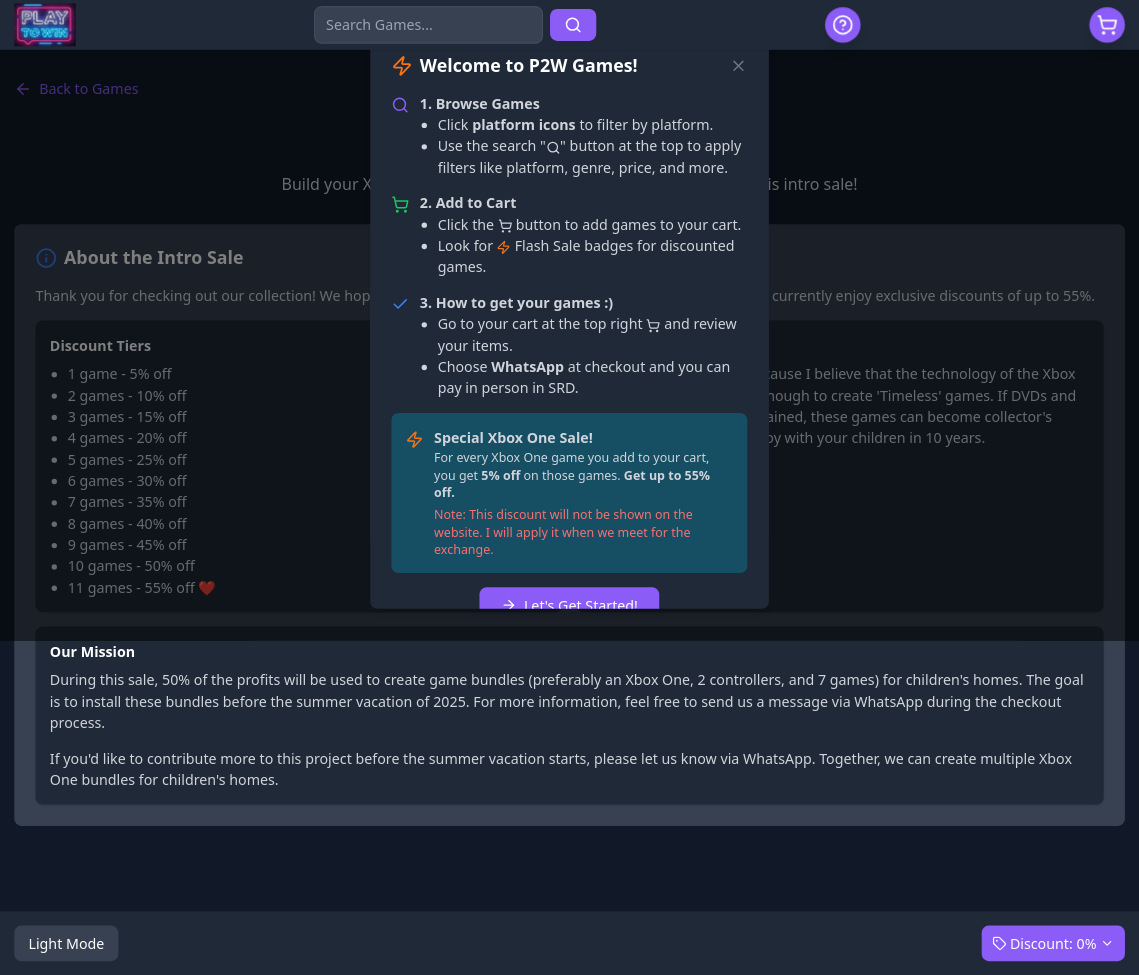
Repository: Play2Win777/P2W-Superbase
Page: /intro-sale
An editor plug-in stored every save of this project. The page is shown before and after the next save, followed by the edit.
The browser window is 1280 px wide. The pictures show the whole page, at 89% of full size.
The page's requests for data from a server got no answer. The project was rebuilt for these pictures with package versions that can differ from the ones it lists, and the page was loaded fresh each time. No one was signed in, and anything a server would have sent is missing. Also part of the build but not shown: vite.config.ts, src/components/Filters.tsx, src/components/GameCard.tsx, src/components/FlashSaleBadge.tsx, src/pages/GameDetails.tsx, src/pages/Checkout.tsx, src/pages/FlashSalePage.tsx, src/components/Toast.tsx.

Above is the page before, as saved 2025-03-22 11:36:01.

### index.html
<!doctype html>
<html lang="en">
  <head>
    <meta charset="UTF-8" />
    <link rel="icon" type="image/svg+xml" href="/vite.svg" />
    <meta name="viewport" content="width=device-width, initial-scale=1.0" />
    <title>P2W Games</title>
  </head>
  <body>
    <div id="root"></div>
    <script type="module" src="/src/main.tsx"></script>
  </body>
</html>

### src/main.tsx
import { StrictMode } from 'react';
import { createRoot } from 'react-dom/client';
import App from './App.tsx';
import './index.css';

// Add Storylane script dynamically
//const script = document.createElement('script');
//script.src = 'https://js.storylane.io/js/v2/storylane.js';
//script.async = true;
//document.head.appendChild(script);

createRoot(document.getElementById('root')!).render(
  <StrictMode>
    <App />
  </StrictMode>
);

### src/index.css
@tailwind base;
@tailwind components;
@tailwind utilities;


@layer components {
 /* Base neon border effect with a rotating conic-gradient */
 .neon-border {
 position: relative;
 border-radius: 0.5rem; /* adjust to match your element's rounding */
 overflow: hidden; /* hide overflowing pseudo-element */
 z-index: 0;
 }

 .neon-border::before {
 content: "";
 position: absolute;
 inset: 0; /* cover the entire element */
 border-radius: inherit;
 padding: 2px; /* controls the border thickness */
 /* Conic-gradient creates a neon green effect with transparent gaps */
 background: conic-gradient(from 0deg, #39FF14, transparent 20%, transparent 80%, #39FF14);
 /* Mask to show the gradient only on the border (uses the padding area) */
 -webkit-mask: linear-gradient(white, white) content-box, linear-gradient(white, white);
 -webkit-mask-composite: destination-out;
 mask-composite: exclude;
 pointer-events: none;
 z-index: -1;
 transform-origin: center;
 animation: spin 6s linear infinite;
 }

 /* Additional neon effects – add these classes together with .neon-border as needed */

 /* Neon Pulse: gently scales and fades the element */
 .neon-pulse {
 position: relative;
 animation: pulse 2s ease-in-out infinite;
 }

 /* Neon Flicker: simulates a quick flicker */
 .neon-flicker {
 position: relative;
 animation: flicker 1.5s linear infinite;
 }

 /* Neon Wiggle: adds a slight rotational movement */
 .neon-wiggle {
 position: relative;
 animation: wiggle 0.6s ease-in-out infinite;
 }

 /* Neon Dash: animates background movement (can be combined with a background property) */
 .neon-dash {
 position: relative;
 /* For this effect, you might want to set a background that works with the animation */
 background: repeating-linear-gradient(
 45deg,
 #39FF14,
 #39FF14 10px,
 transparent 10px,
 transparent 20px
 );
 animation: dash 4s linear infinite;
 }


 /* Icon Container Style */
 .gamecard-icon-container {
 width: 5em; /* Adjust as needed */
 height: 2em; /* Adjust as needed */
 display: flex;
 align-items: center;
 justify-content: center;
 }
}


/* Keyframes Definitions */


/* Spin keyframe for the neon-border effect */
@keyframes spin {
 from {
 transform: rotate(0deg);
 }
 to {
 transform: rotate(360deg);
 }
}


/* Pulse keyframe: subtle scale and opacity changes */
@keyframes pulse {
 0%,
 20% {
 transform: scale(1);
 opacity: 1;
 }
 50% {
 transform: scale(1.1);
 opacity: 0.8;
 }
 100% {
 transform: scale(1);
 opacity: 1;
 }
}


/* Flicker keyframe: creates random opacity changes for a flickering effect */
@keyframes flicker {
 0%,
 100% {
 opacity: 1;
 }
 30% {
 opacity: 0.5;
 }
 50% {
 opacity: 0.8;
 }
 70% {
 opacity: 0.3;
 }
}


/* Wiggle keyframe: rotates the element slightly back and forth */
@keyframes wiggle {
 0% {
 transform: rotate(0deg);
 }
 25% {
 transform: rotate(5deg);
 }
 75% {
 transform: rotate(-5deg);
 }
 100% {
 transform: rotate(0deg);
 }
}


/* Dash keyframe: moves the background for a dynamic dashed look */
@keyframes dash {
 0% {
 background-position: 0 0;
 }
 100% {
 background-position: 100% 0;
 }
}


.fade-out {
    opacity: 0;
    transition: opacity 0.3s ease-in-out;
  }

### src/api.ts
import { createClient } from '@supabase/supabase-js';
import { Game } from './types';

const supabase = createClient(
  import.meta.env.VITE_SUPABASE_URL,
  import.meta.env.VITE_SUPABASE_KEY
);

export const fetchGames = async (): Promise<Game[]> => {
  const { data, error } = await supabase
    .from('Games')
    .select(`
      id,
      Game_Title,
      Platform,
      Genre,
      Sub_Genre,
      Age_Rating,
      Max_Offline_Players,
      Game_Modes,
      Developer,
      Release_Year,
      Price_to_Sell_For,
      Metacritic_Score,
      User_Score,
      Short_Description,
      Key_Features,
      Unique_Selling_Point,
      image_url_medium,
      Youtube_link
    `);

  if (error) {
    console.error('Supabase error:', error);
    return [];
  }

  return data as Game[];
};

### src/pages/IntroSalePage.tsx
// pages/IntroSalePage.tsx
import React, { useEffect, useState } from 'react';
import { Link, useLocation } from 'react-router-dom';
import { ArrowLeft, Zap, Loader, ShoppingCart, Check, Info } from 'lucide-react';
import { useStore } from '../store';
import { isIntroSaleEligible } from '../utils/gameHelpers';

export const IntroSalePage: React.FC = () => {
  const { games, fetchGames, addToCart } = useStore();
  const [isLoading, setIsLoading] = useState(true);
  const [clickedGames, setClickedGames] = useState<Set<string>>(new Set());
  const location = useLocation();

  useEffect(() => {
    window.scrollTo(0, 0);

    const loadGames = async () => {
      setIsLoading(true);
      await fetchGames();
      setIsLoading(false);
    };

    loadGames();
  }, [fetchGames]);

  // Filter games to only include Intro Sale eligible games (Xbox One)
  const introSaleGames = games.filter(game => isIntroSaleEligible(game));

  const handleAddToCart = (game: any) => {
    addToCart(game);
    setClickedGames(prev => {
      const newSet = new Set(prev);
      newSet.add(game.id);
      return newSet;
    });
    setTimeout(() => {
      setClickedGames(prev => {
        const newSet = new Set(prev);
        newSet.delete(game.id);
        return newSet;
      });
    }, 1000); // Reset after 1 second
  };

  return (
    <div className="container mx-auto px-4 py-8 bg-white dark:bg-gray-900">
      <Link
        to="/"
        className="inline-flex items-center text-purple-500 hover:text-purple-600 mb-6"
      >
        <ArrowLeft size={20} className="mr-2" />
        Back to Games
      </Link>

      <div className="mb-8 text-center">
        <h1 className="text-4xl font-bold text-gray-900 dark:text-white mb-4 flex items-center justify-center">
          <Zap size={28} className="mr-2 text-blue-500" />
          Intro Sale Games
        </h1>
        <p className="text-lg text-gray-700 dark:text-gray-300">
          Build your Xbox One collection and enjoy up to 55% off during this intro sale!
        </p>
      </div>

      {/* Intro Sale Details Section */}
      <div className="bg-gray-100 dark:bg-gray-700 p-6 rounded-lg mb-8">
        <div className="flex items-center gap-2 mb-4">
          <Info size={24} className="text-blue-500" />
          <h2 className="text-xl font-semibold text-gray-900 dark:text-white">
            About the Intro Sale
          </h2>
        </div>
        <p className="text-gray-700 dark:text-gray-300 mb-4">
          Thank you for checking out our collection! We hope you start your own collection with us.
          All Xbox One games currently enjoy exclusive discounts of up to 55%.
        </p>
        <div className="grid grid-cols-1 sm:grid-cols-2 gap-4 mb-4">
          <div className="bg-white dark:bg-gray-800 p-4 rounded-lg shadow">
            <h3 className="font-semibold text-gray-900 dark:text-white mb-2">Discount Tiers</h3>
            <ul className="list-disc pl-5 text-gray-700 dark:text-gray-300">
              <li>1 game - 5% off</li>
              <li>2 games - 10% off</li>
              <li>3 games - 15% off</li>
              <li>4 games - 20% off</li>
              <li>5 games - 25% off</li>
              <li>6 games - 30% off</li>
              <li>7 games - 35% off</li>
              <li>8 games - 40% off</li>
              <li>9 games - 45% off</li>
              <li>10 games - 50% off</li>
              <li>11 games - 55% off <span role="img" aria-label="heart">❤️</span></li>
            </ul>
          </div>
          <div className="bg-white dark:bg-gray-800 p-4 rounded-lg shadow">
            <h3 className="font-semibold text-gray-900 dark:text-white mb-2">Stewardship</h3>
            <p className="text-gray-700 dark:text-gray-300">
              I started this collection because I believe that the technology of the Xbox One and PS4 era is good enough to create 'Timeless' games.
              If DVDs and peripherals are well-maintained, these games can become collector's items that you can still enjoy with your children in 10 years.
            </p>
          </div>
        </div>
        <div className="bg-white dark:bg-gray-800 p-4 rounded-lg shadow">
          <h3 className="font-semibold text-gray-900 dark:text-white mb-2">Our Mission</h3>
          <p className="text-gray-700 dark:text-gray-300 mb-4">
            During this sale, 50% of the profits will be used to create game bundles (preferably an Xbox One, 2 controllers, and 7 games) for children's homes.
            The goal is to install these bundles before the summer vacation of 2025. For more information, feel free to send us a message via WhatsApp during the checkout process.
          </p>
          <p className="text-gray-700 dark:text-gray-300">
            If you'd like to contribute more to this project before the summer vacation starts, please let us know via WhatsApp.
            Together, we can create multiple Xbox One bundles for children's homes.
          </p>
        </div>
      </div>

      {isLoading ? (
        <div className="flex justify-center items-center py-20">
          <Loader size={40} className="animate-spin text-purple-500" />
        </div>
      ) : (
        <div className="grid grid-cols-2 sm:grid-cols-3 md:grid-cols-4 lg:grid-cols-5 gap-6">
          {introSaleGames.map(game => (
            <div key={game.id} className="bg-white dark:bg-gray-800 rounded-lg shadow hover:shadow-xl transition-shadow overflow-hidden flex flex-col h-full">
              <div className="relative flex-grow">
                <div className="absolute top-2 left-2 z-10">
                  <span className="inline-flex items-center bg-gradient-to-r from-blue-500 to-blue-700 text-white px-2 py-1 rounded-md text-xs font-semibold">
                    <Zap size={12} className="mr-1" />
                    Intro Sale
                  </span>
                </div>
                <Link to={`/game/${game.id}`} className="block h-full">
                  <div className="aspect-square w-full overflow-hidden">
                    <img
                      src={game.image_url_medium}
                      alt={game.Game_Title}
                      className="w-full h-full object-cover"
                    />
                  </div>
                </Link>
              </div>
              <div className="p-4">
                <Link
                  to={`/game/${game.id}`}
                  className="text-lg font-semibold text-gray-900 dark:text-white hover:text-purple-500 dark:hover:text-purple-400 truncate block"
                >
                  {game.Game_Title}
                </Link>
                <div className="flex justify-between items-center mt-4">
                  <span className="text-lg font-bold text-gray-900 dark:text-white">
                    ${game.Price_to_Sell_For}
                  </span>
                  <button
                    onClick={() => handleAddToCart(game)}
                    className={`p-2 bg-purple-500 text-white rounded-full hover:bg-purple-600 transition-colors ${clickedGames.has(game.id) ? 'bg-green-600 cursor-not-allowed' : ''}`}
                    disabled={clickedGames.has(game.id)}
                  >
                    {clickedGames.has(game.id) ? <Check size={18} /> : <ShoppingCart size={18} />}
                  </button>
                </div>
              </div>
            </div>
          ))}
        </div>
      )}
    </div>
  );
};

export default IntroSalePage;

### src/components/DiscountPopup.tsx
import React, { useState, useRef, useEffect } from 'react';
import { Tag, ChevronDown } from 'lucide-react';
import { useStore } from '../store';

export const DiscountPopup: React.FC = () => {
  const { cart } = useStore();
  const [isOpen, setIsOpen] = useState(false);
  const popupRef = useRef<HTMLDivElement>(null);

  // Count total items including quantities
  const itemCount = cart.reduce((total, item) => total + item.quantity, 0);
  let discountTier = "0%";
  let nextTier = "";
  let progress = 0;

  if (itemCount >= 5) {
    discountTier = "20%";
    progress = 100;
    nextTier = "Maximum discount achieved!";
  } else if (itemCount >= 3) {
    discountTier = "10%";
    nextTier = "Buy 2 more for 20% off!";
    progress = 60;
  } else if (itemCount >= 2) {
    discountTier = "5%";
    nextTier = "Buy 1 more for 10% off!";
    progress = 40;
  } else if (itemCount >= 1) {
    discountTier = "0%";
    nextTier = "Buy 1 more for 5% off!";
    progress = 20;
  } else {
    nextTier = "Buy your first game!";
  }

  // Close the popup when clicking outside
  useEffect(() => {
    const handleClickOutside = (event: MouseEvent) => {
      if (popupRef.current && !popupRef.current.contains(event.target as Node)) {
        setIsOpen(false);
      }
    };

    document.addEventListener('mousedown', handleClickOutside);
    return () => {
      document.removeEventListener('mousedown', handleClickOutside);
    };
  }, []);

  return (
    <div className="relative" ref={popupRef}>
      <button
        onClick={() => setIsOpen(!isOpen)}
        className="inline-flex items-center text-white bg-purple-500 hover:bg-purple-600 px-3 py-2 rounded-lg transition-colors"
      >
        <Tag size={16} className="mr-1" />
        <span className="mr-1">Discount: {discountTier}</span>
        <ChevronDown size={16} className={`transition-transform ${isOpen ? 'rotate-180' : ''}`} />
      </button>

      {isOpen && (
        <div className="absolute bottom-full right-0 mb-2 z-50 bg-white dark:bg-gray-800 rounded-lg shadow-lg p-4 w-64">
          <h3 className="text-lg font-bold text-gray-900 dark:text-white mb-2">Volume Discount</h3>
          <div className="w-full bg-gray-200 dark:bg-gray-700 rounded-full h-2.5 mb-2">
            <div className="bg-purple-500 h-2.5 rounded-full" style={{ width: `${progress}%` }}></div>
          </div>
          <p className="text-sm text-gray-700 dark:text-gray-300">{nextTier}</p>
          <div className="mt-3 text-xs text-gray-600 dark:text-gray-400">
            <p>• 2 games: 5% off</p>
            <p>• 3 games: 10% off</p>
            <p>• 5+ games: 20% off</p>
          </div>
        </div>
      )}
    </div>
  );
};

### src/context/ThemeContext.tsx

 // src/context/ThemeContext.tsx
 import { createContext, useContext } from 'react';


 type ThemeContextType = {
  darkMode: boolean;
  toggleDarkMode: () => void;
 };


 export const ThemeContext = createContext<ThemeContextType>({
  darkMode: false,
  toggleDarkMode: () => {},
 });


 export const useTheme = () => useContext(ThemeContext);

### src/context/ExchangeRateContext.tsx
// src/context/ExchangeRateContext.tsx
import React, { createContext, useState, useEffect, useContext } from 'react';

interface ExchangeRateContextType {
  exchangeRate: number | null;
}

const ExchangeRateContext = createContext<ExchangeRateContextType>({ exchangeRate: null });

export const ExchangeRateProvider: React.FC<{ children: React.ReactNode }> = ({ children }) => {
  const [exchangeRate, setExchangeRate] = useState<number | null>(null);

  useEffect(() => {
    const fetchExchangeRate = async () => {
      try {
        const response = await fetch('https://api.exchangerate-api.com/v4/latest/USD');
        const data = await response.json();
        const usdToSrd = data.rates.SRD || 36.35; // Fallback to 36.35 if API fails
        setExchangeRate(usdToSrd + 0.4); // Add 40 cents markup
      } catch (error) {
        console.error('Failed to fetch exchange rate:', error);
        setExchangeRate(36.35 + 0.4); // Fallback to 36.35 + 0.4 if API fails
      }
    };

    fetchExchangeRate();
  }, []);

  return (
    <ExchangeRateContext.Provider value={{ exchangeRate }}>
      {children}
    </ExchangeRateContext.Provider>
  );
};

export const useExchangeRate = () => useContext(ExchangeRateContext);

### src/utils/gameHelpers.ts
// utils/gameHelpers.ts
export const isFlashSaleEligible = (game: any): boolean => {
  if (!game) return false;

  // Games with Metacritic score > 85 are eligible for flash sale
  // You can customize this logic based on your requirements
  return game.Metacritic_Score && parseInt(game.Metacritic_Score) < 70;
};


// utils/gameHelpers.ts
export const isIntroSaleEligible = (game: any): boolean => {
  if (!game) return false;
  // Only Xbox One games are eligible for the Intro Sale
  return game.Platform === 'Xbox One';
};

Loaded but not shown: tailwind.config.js (25 lines, source omitted); src/App.tsx (357 lines, source omitted); src/components/Cart.tsx (265 lines, source omitted); src/store.ts (234 lines, source omitted)

After the next save:
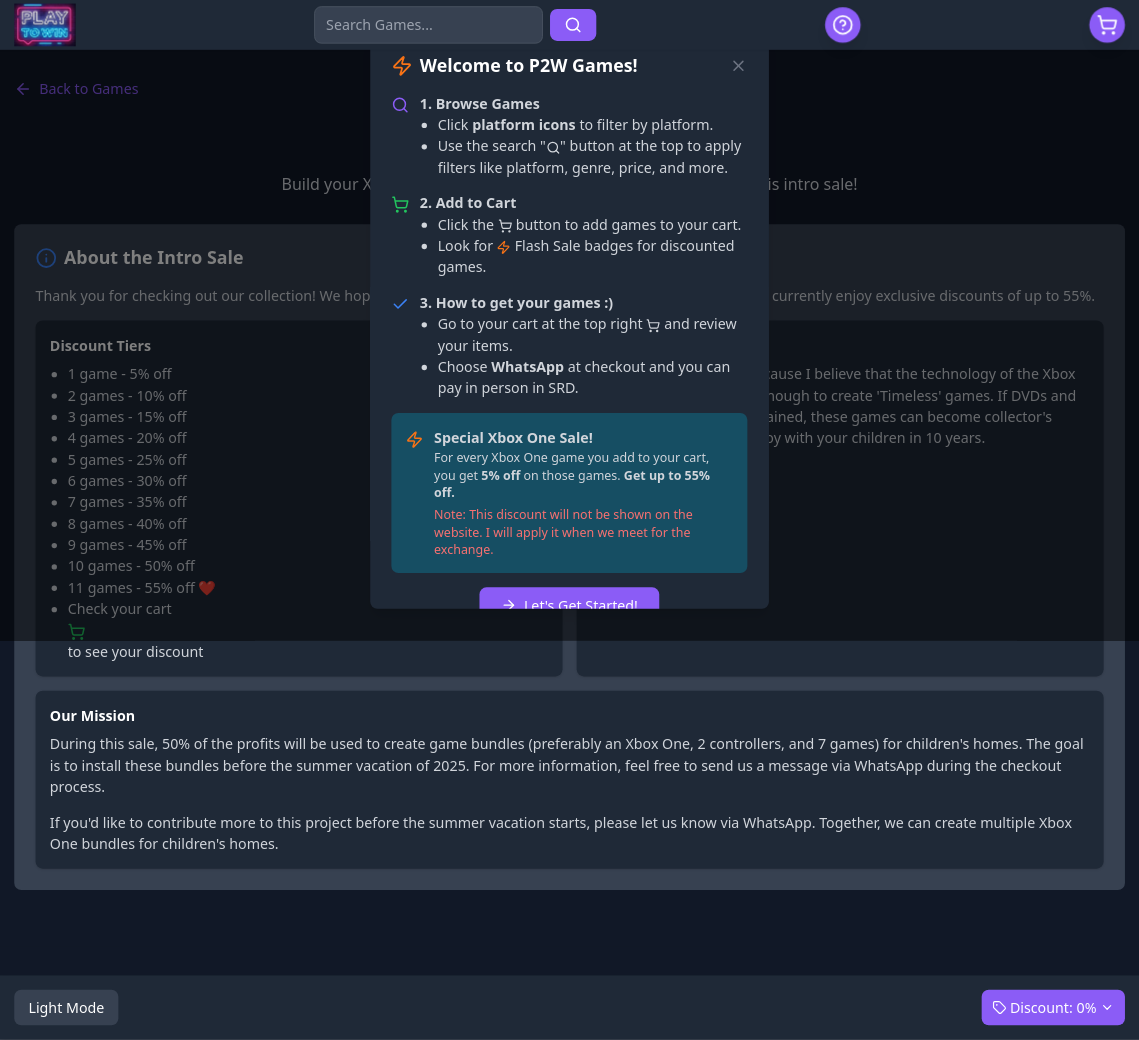
Saved 4 min 14 s later.
--- a/src/pages/IntroSalePage.tsx
+++ b/src/pages/IntroSalePage.tsx
@@ -89,6 +89,7 @@
               <li>9 games - 45% off</li>
               <li>10 games - 50% off</li>
               <li>11 games - 55% off <span role="img" aria-label="heart">❤️</span></li>
+              <li>Check your cart <ShoppingCart size={20} className="flex-shrink-0 mt-1 text-green-500" /> to see your discount</li>
             </ul>
           </div>
           <div className="bg-white dark:bg-gray-800 p-4 rounded-lg shadow">
